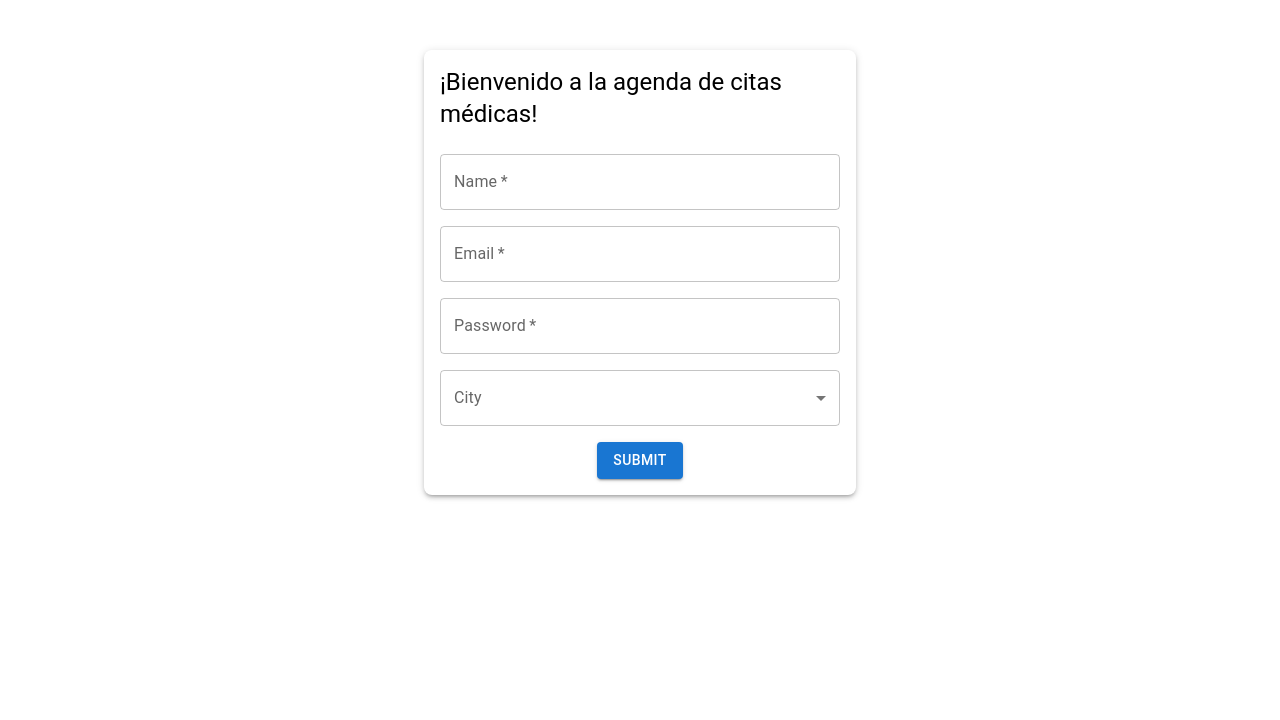
Repository: nicoleabaddd/FormReactJs
Page: /
These files come from the project's save history. The page is drawn as it stood at one moment and after the next save; the edit follows.
The browser window is 1280 px wide. The pictures show the whole page.
The project was rebuilt for these pictures with package versions that can differ from the ones it lists, and the page was loaded fresh each time. Also part of the build but not shown: src/App.css.

Above is the page before, as saved 2024-07-15 00:55:51.

After the next save:
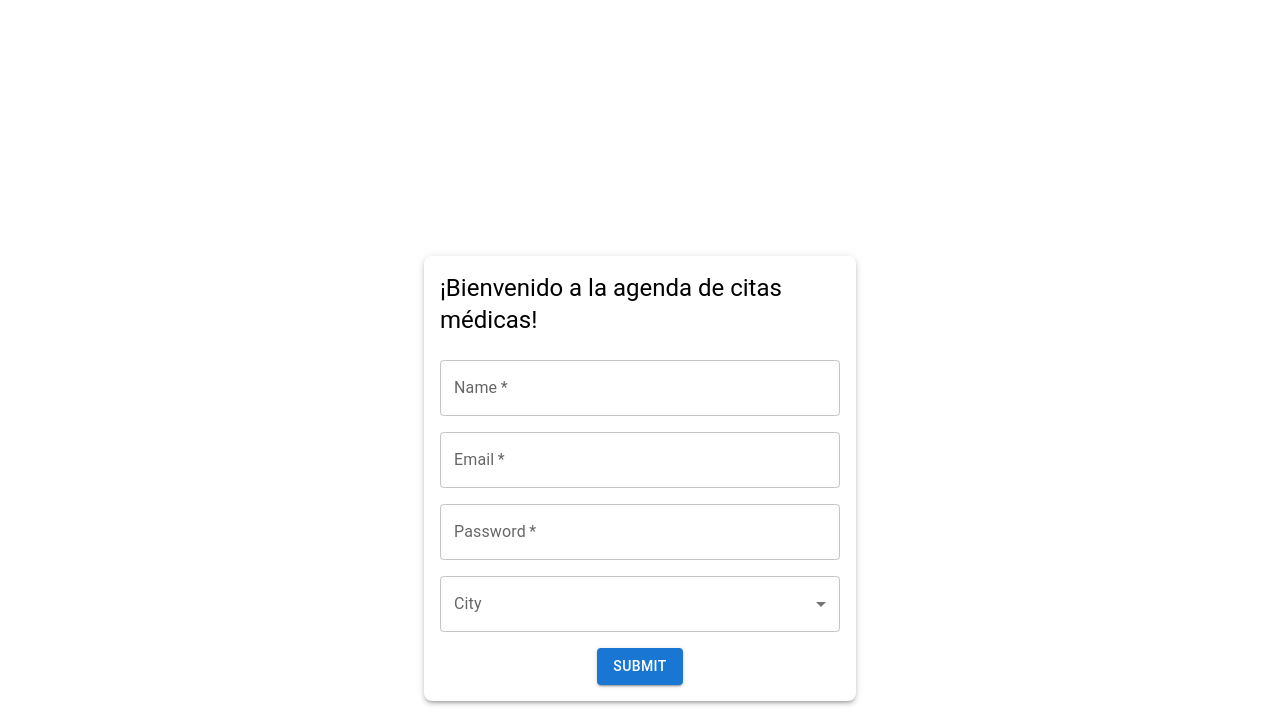
Saved 21 s later.
--- a/src/pages/formPages.jsx
+++ b/src/pages/formPages.jsx
@@ -4,7 +4,7 @@ import Forms from "../components/formulario";
 
 const FormPages=()=> {
     return (
-        <Box sx={{marginTop: "50px"}}> <Forms/></Box>
+        <Box sx={{marginTop: "20%"}}> <Forms/></Box>
     )
 };
 
